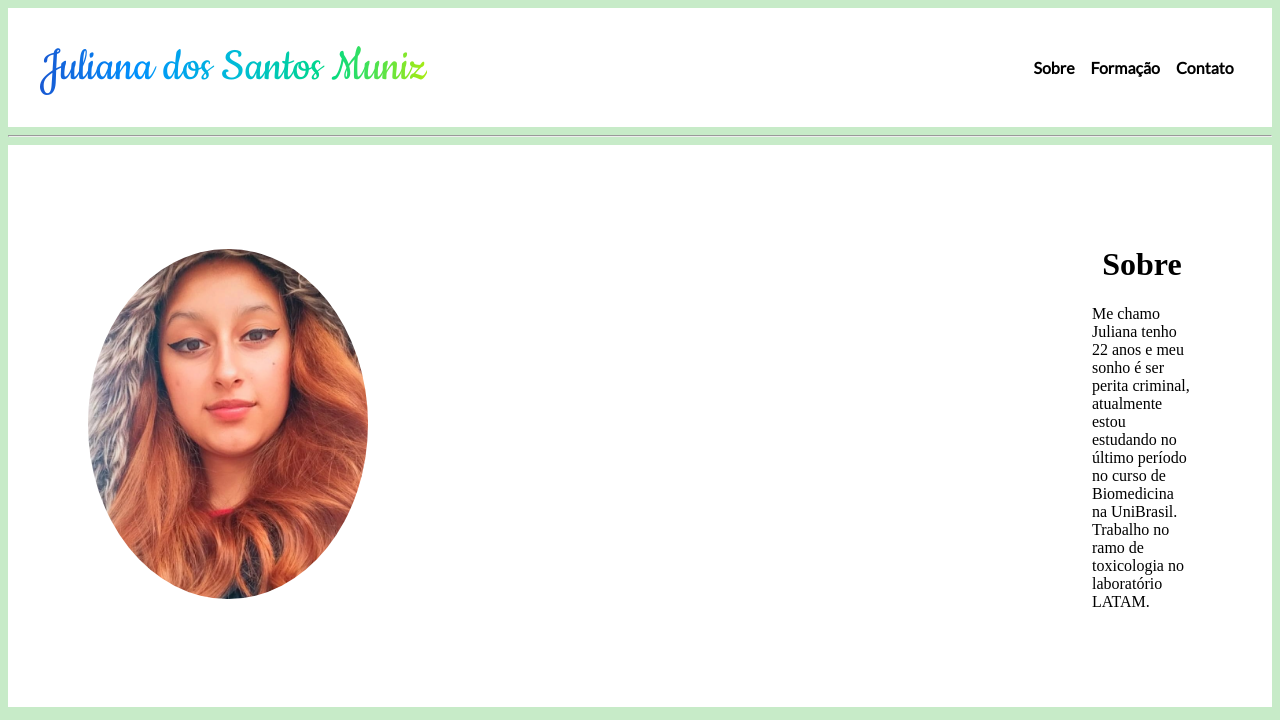
Repository: joaovnogueira/Portfolio-Juliana
Page: index.html
An editor plug-in stored every save of this project. The page is shown before and after the next save, followed by the edit.
The browser window is 1280 px wide. The pictures show the whole page.

Above is the page before, as saved 2022-06-14 16:02:28.

### index.html
<!DOCTYPE html>
<html lang="en">
<head>
    <link rel="stylesheet" href="styles.css">
    <meta charset="UTF-8">
    <meta http-equiv="X-UA-Compatible" content="IE=edge">
    <meta name="viewport" content="width=device-width, initial-scale=1.0">
    <title>Portfólio Juliana</title>
</head>
<body>
    <header>
        <nav>
            <div class="logo">Juliana dos Santos Muniz</div>
            <div class="menu">
                <a href="">Sobre</a>
                <a href="">Formação</a>
                <a href="">Contato</a>
            </div>
        </nav>
    </header>
    <hr>
    <main>
        <div class="perfil">
            <div class="foto">
                <img src="./assets/foto-perfil.png" alt="Foto de perfil" id="fotoperfil">
            </div>
            <div class="separator">
            </div>
            <div class="conteudo">
                <h1>Sobre</h1>
                <p>Me chamo Juliana tenho 22 anos e meu sonho é ser perita criminal,
                atualmente estou estudando no último período no curso de Biomedicina na UniBrasil.
                Trabalho no ramo de toxicologia no laboratório LATAM.</p>
            </div>
        </div>
        <div></div>
    </main>
    <footer></footer>
</body>
</html>

### styles.css
@import url('https://fonts.googleapis.com/css2?family=Cookie&display=swap');
@import url('https://fonts.googleapis.com/css2?family=Lato&display=swap');

body{
    background-color: #C7EBC8;
}

header {
    background-color: #FFFFFF;
    padding: 2rem;
    align-items: center;
}

nav{
    display: flex;
    justify-content: space-between;
    align-items: center;
}

.logo{
    font-family: 'Cookie', cursive;
    font-size: 50px;
    background-clip: text;
    -webkit-background-clip: text;
    background-image: linear-gradient(to right, #1859d3, #0091fc, #00bbd9, #00da84, #a8eb12);
    color: transparent;
}

.menu{
    font-family: 'Lato', sans-serif;
    font-weight: bold;
}

a{
    text-decoration: none;
    color: black;
    margin: .4rem;
}

hr{
    background-color: #FFFFFF;
}


.perfil {
    background-color: #FFFFFF;
    display: flex;
    padding: 5rem;
    align-items: center;
    justify-content: space-between;
}

.foto{
    align-items: center;
}

.conteudo{
   max-width: 100px;
}

h1{
    text-align: center;
}

p{
    text-align: left;
}

img{
    border-radius: 50%;
    max-width:750px;
    max-height:350px;
    width: auto;
    height: auto;
}

#icon{
    max-width: 40px;
    max-height:40px;

}

After the next save:
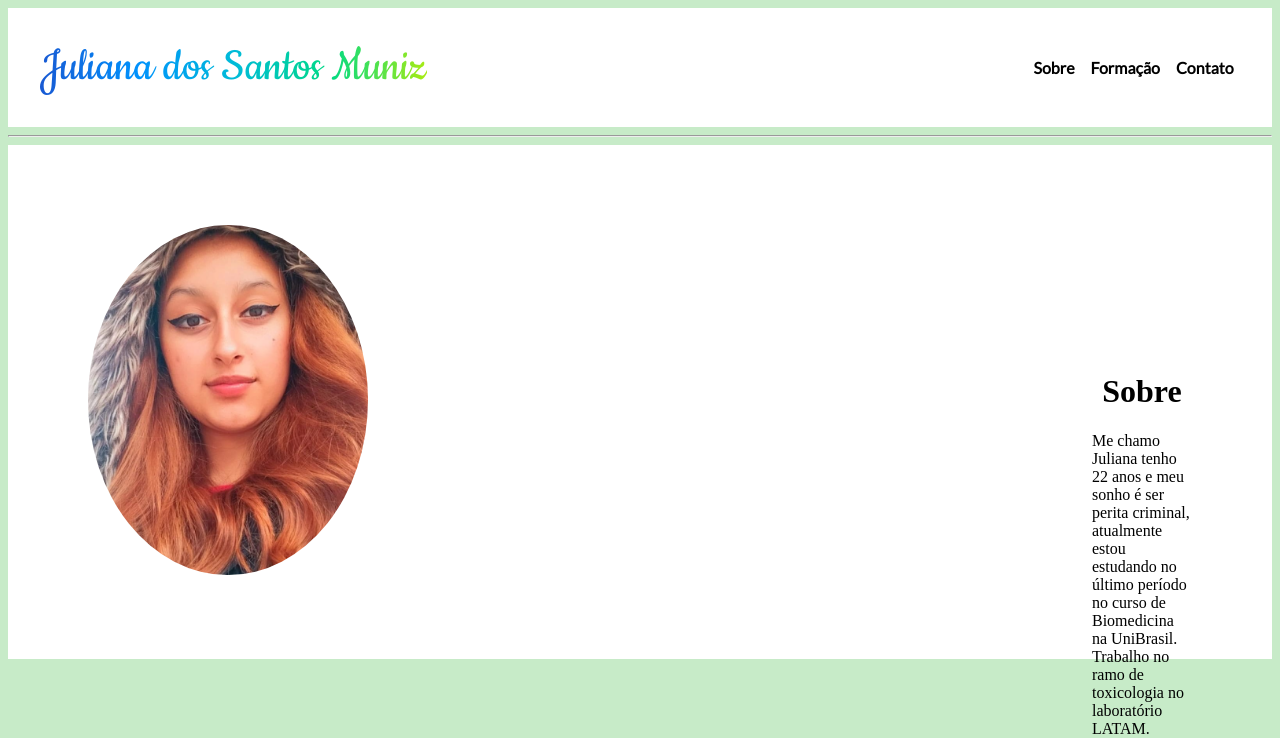
Saved 6 s later.
--- a/styles.css
+++ b/styles.css
@@ -56,6 +56,7 @@ hr{
 
 .conteudo{
    max-width: 100px;
+   max-height: 100px;
 }
 
 h1{
